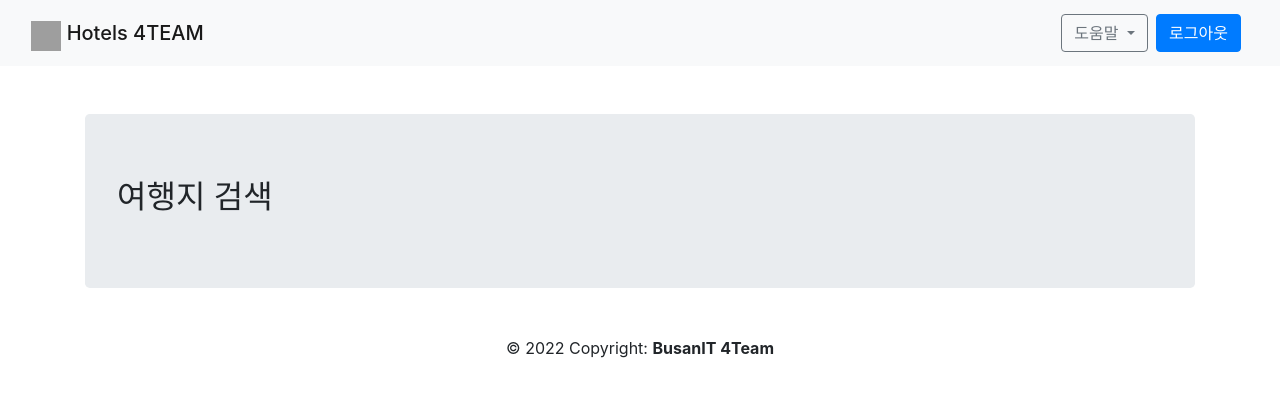
Repository: ShinKioh/Hotel_project
Page: http://localhost/HOTEL/home.jsp
An editor plug-in stored every save of this project. The page is shown before and after the next save, followed by the edit.
The browser window is 1280 px wide. The pictures show the whole page.
Pictures or frames that could not be fetched are drawn as grey boxes. The page is served by Tomcat 9. Other server files are loaded and not shown.

Above is the page before, as saved 2022-02-18 01:37:36.

### HOTEL/WebContent/home.jsp
<%@ page language="java" contentType="text/html; charset=UTF-8"
	pageEncoding="UTF-8"%>
<!DOCTYPE html>
<html>
<head>
<meta charset="UTF-8">
<meta name="viewport"
	content="width=device-width, initial-scale=1, shrink-to-fit=no">
<link rel="stylesheet"
	href="//unpkg.com/bootstrap@4/dist/css/bootstrap.min.css">
<script src='//unpkg.com/jquery@3/dist/jquery.min.js'></script>
<script src='//unpkg.com/popper.js@1/dist/umd/popper.min.js'></script>
<script src='//unpkg.com/bootstrap@4/dist/js/bootstrap.min.js'></script>
<title>메인 페이지</title>
</head>
<body>
	<header>
		<nav class="navbar navbar-expand-lg navbar-light bg-light">
			<div class="container-fluid">
				<a class="navbar-brand" href="#"> <img
					src="img/premium-icon-letter-h-5540593.png" alt="" width="30"
					height="30" class="d-inline-block align-text-top"> <span
					class="navbar-brand mb-0 h1">Hotels 4TEAM</span>
				</a>
				<div class="d-flex justify-content-end">
					<div class="dropdown mr-2">
						<a class="btn btn-outline-secondary dropdown-toggle" href="#"
							role="button" id="dropdownMenuLink" data-toggle="dropdown"
							aria-expanded="false"> 도움말 </a>
						<div class="dropdown-menu" aria-labelledby="dropdownMenuLink">
							<a class="dropdown-item" href="#">공지 사항</a> <a
								class="dropdown-item" href="#">문의 사항</a> <a
								class="dropdown-item" href="#">FAQ</a>
						</div>
					</div>
					<a class="btn btn-primary mr-2" href="main.jsp">로그아웃</a>
				</div>
			</div>
		</nav>
	</header>
	<main>
		<div class="container">
			<div class="jumbotron mt-5">
				<h2>여행지 검색</h2>

			</div>
		</div>
	</main>
	<footer class="footer font-small black">
		<div class="footer-copyright text-center py-3">
			© 2022 Copyright: <b> BusanIT 4Team</b>
		</div>
	</footer>

</body>
</html>

After the next save:
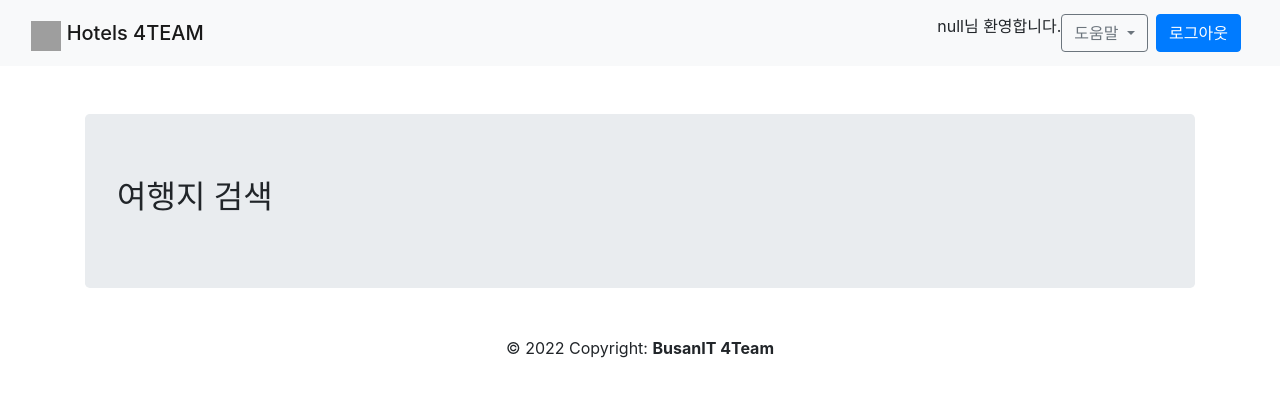
Saved 4 min 39 s later.
--- a/HOTEL/WebContent/home.jsp
+++ b/HOTEL/WebContent/home.jsp
@@ -23,6 +23,7 @@
 					class="navbar-brand mb-0 h1">Hotels 4TEAM</span>
 				</a>
 				<div class="d-flex justify-content-end">
+				<%=session.getAttribute("id") %>님 환영합니다.
 					<div class="dropdown mr-2">
 						<a class="btn btn-outline-secondary dropdown-toggle" href="#"
 							role="button" id="dropdownMenuLink" data-toggle="dropdown"
